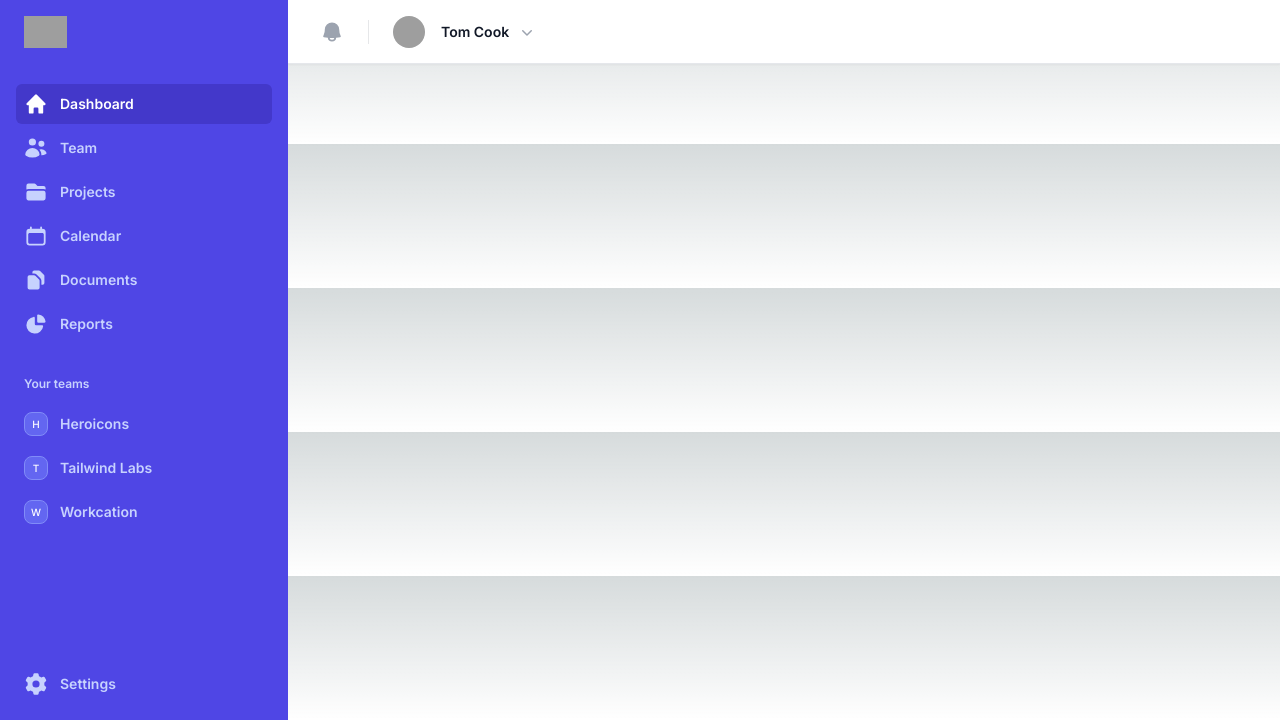
Repository: uh-sman/digital-x
Page: /
These files come from the project's save history. The page is drawn as it stood at one moment and after the next save; the edit follows.
The browser window is 1280 px wide. The pictures show the whole page.
Pictures or frames that could not be fetched are drawn as grey boxes. The project was rebuilt for these pictures with package versions that can differ from the ones it lists, and the page was loaded fresh each time. The framework's server and built-in components were replaced by stand-ins that run in the browser. Also part of the build but not shown: next.config.mjs.

Above is the page before, as saved 2024-04-02 09:49:26.

### app/(routes)/page.tsx
import Image from "next/image";
import SideBar from "./(components)/sidebar";

export default function Home() {
  return (
    <div>
      <SideBar />
    </div>
  );
}

### app/(routes)/(components)/sidebar.tsx
"use client"
import {  Fragment, useState } from "react";
import { Dialog, Menu, Transition } from '@headlessui/react'
import {
    Bars3Icon,
    BellIcon,
    CalendarIcon,
  ChartPieIcon,
  ChevronDownIcon,
  Cog6ToothIcon,
  DocumentDuplicateIcon,
  FolderIcon,
  HomeIcon,
  MagnifyingGlassIcon,
  UsersIcon,
  XMarkIcon,
} from "@heroicons/react/20/solid";
const navigation = [
  { name: "Dashboard", href: "#", icon: HomeIcon, current: true },
  { name: "Team", href: "#", icon: UsersIcon, current: false },
  { name: "Projects", href: "#", icon: FolderIcon, current: false },
  { name: "Calendar", href: "#", icon: CalendarIcon, current: false },
  {
    name: "Documents",
    href: "#",
    icon: DocumentDuplicateIcon,
    current: false,
  },
  { name: "Reports", href: "#", icon: ChartPieIcon, current: false },
];

const teams = [
    { id: 1, name: 'Heroicons', href: '#', initial: 'H', current: false },
    { id: 2, name: 'Tailwind Labs', href: '#', initial: 'T', current: false },
    { id: 3, name: 'Workcation', href: '#', initial: 'W', current: false },
  ]

  const userNavigation = [
    { name: 'Your profile', href: '#' },
    { name: 'Sign out', href: '#' },
  ]

  function classNames(...classes:any) {
    return classes.filter(Boolean).join(' ')
  }

const SideBar = () => {

    const [sidebarOpen, setSidebarOpen] = useState(false)


  return (
    <>
      {/*
        This example requires updating your template:

        ```
        <html class="h-full bg-white">
        <body class="h-full">
        ```
      */}
      <div>
        <Transition.Root show={sidebarOpen} as={Fragment}>
          <Dialog as="div" className="relative z-50 lg:hidden" onClose={setSidebarOpen}>
            <Transition.Child
              as={Fragment}
              enter="transition-opacity ease-linear duration-300"
              enterFrom="opacity-0"
              enterTo="opacity-100"
              leave="transition-opacity ease-linear duration-300"
              leaveFrom="opacity-100"
              leaveTo="opacity-0"
            >
              <div className="fixed inset-0 bg-gray-900/80" />
            </Transition.Child>

            <div className="fixed inset-0 flex">
              <Transition.Child
                as={Fragment}
                enter="transition ease-in-out duration-300 transform"
                enterFrom="-translate-x-full"
                enterTo="translate-x-0"
                leave="transition ease-in-out duration-300 transform"
                leaveFrom="translate-x-0"
                leaveTo="-translate-x-full"
              >
                <Dialog.Panel className="relative mr-16 flex w-full max-w-xs flex-1">
                  <Transition.Child
                    as={Fragment}
                    enter="ease-in-out duration-300"
                    enterFrom="opacity-0"
                    enterTo="opacity-100"
                    leave="ease-in-out duration-300"
                    leaveFrom="opacity-100"
                    leaveTo="opacity-0"
                  >
                    <div className="absolute left-full top-0 flex w-16 justify-center pt-5">
                      <button type="button" className="-m-2.5 p-2.5" onClick={() => setSidebarOpen(false)}>
                        <span className="sr-only">Close sidebar</span>
                        <XMarkIcon className="h-6 w-6 text-white" aria-hidden="true" />
                      </button>
                    </div>
                  </Transition.Child>
                  {/* Sidebar component, swap this element with another sidebar if you like */}
                  <div className="flex grow flex-col gap-y-5 overflow-y-auto bg-indigo-600 px-6 pb-4">
                    <div className="flex h-16 shrink-0 items-center">
                      <img
                        className="h-8 w-auto"
                        src="https://tailwindui.com/img/logos/mark.svg?color=white"
                        alt="Your Company"
                      />
                    </div>
                    {/* SIDE-NAV */}
                    <nav className="flex flex-1 flex-col">
                      <ul role="list" className="flex flex-1 flex-col gap-y-7">
                        <li>
                          <ul role="list" className="-mx-2 space-y-1">
                            {navigation.map((item) => (
                              <li key={item.name}>
                                <a
                                  href={item.href}
                                  className={classNames(
                                    item.current
                                      ? 'bg-indigo-700 text-white'
                                      : 'text-indigo-200 hover:text-white hover:bg-indigo-700',
                                    'group flex gap-x-3 rounded-md p-2 text-sm leading-6 font-semibold'
                                  )}
                                >
                                  <item.icon
                                    className={classNames(
                                      item.current ? 'text-white' : 'text-indigo-200 group-hover:text-white',
                                      'h-6 w-6 shrink-0'
                                    )}
                                    aria-hidden="true"
                                  />
                                  {item.name}
                                </a>
                              </li>
                            ))}
                          </ul>
                        </li>
                        <li>
                          <div className="text-xs font-semibold leading-6 text-indigo-200">Your teams</div>
                          <ul role="list" className="-mx-2 mt-2 space-y-1">
                            {teams.map((team) => (
                              <li key={team.name}>
                                <a
                                  href={team.href}
                                  className={classNames(
                                    team.current
                                      ? 'bg-indigo-700 text-white'
                                      : 'text-indigo-200 hover:text-white hover:bg-indigo-700',
                                    'group flex gap-x-3 rounded-md p-2 text-sm leading-6 font-semibold'
                                  )}
                                >
                                  <span className="flex h-6 w-6 shrink-0 items-center justify-center rounded-lg border border-indigo-400 bg-indigo-500 text-[0.625rem] font-medium text-white">
                                    {team.initial}
                                  </span>
                                  <span className="truncate">{team.name}</span>
                                </a>
                              </li>
                            ))}
                          </ul>
                        </li>
                        <li className="mt-auto">
                          <a
                            href="#"
                            className="group -mx-2 flex gap-x-3 rounded-md p-2 text-sm font-semibold leading-6 text-indigo-200 hover:bg-indigo-700 hover:text-white"
                          >
                            <Cog6ToothIcon
                              className="h-6 w-6 shrink-0 text-indigo-200 group-hover:text-white"
                              aria-hidden="true"
                            />
                            Settings
                          </a>
                        </li>
                      </ul>
                    </nav>
                  </div>
                </Dialog.Panel>
              </Transition.Child>
            </div>
          </Dialog>
        </Transition.Root>

        {/* Static sidebar for desktop */}
        <div className="hidden lg:fixed lg:inset-y-0 lg:z-50 lg:flex lg:w-72 lg:flex-col">
          {/* Sidebar component, swap this element with another sidebar if you like */}
          <div className="flex grow flex-col gap-y-5 overflow-y-auto bg-indigo-600 px-6 pb-4">
            <div className="flex h-16 shrink-0 items-center">
              <img
                className="h-8 w-auto"
                src="https://tailwindui.com/img/logos/mark.svg?color=white"
                alt="Your Company"
              />
            </div>
            <nav className="flex flex-1 flex-col">
              <ul role="list" className="flex flex-1 flex-col gap-y-7">
                <li>
                  <ul role="list" className="-mx-2 space-y-1">
                    {navigation.map((item) => (
                      <li key={item.name}>
                        <a
                          href={item.href}
                          className={classNames(
                            item.current
                              ? 'bg-indigo-700 text-white'
                              : 'text-indigo-200 hover:text-white hover:bg-indigo-700',
                            'group flex gap-x-3 rounded-md p-2 text-sm leading-6 font-semibold'
                          )}
                        >
                          <item.icon
                            className={classNames(
                              item.current ? 'text-white' : 'text-indigo-200 group-hover:text-white',
                              'h-6 w-6 shrink-0'
                            )}
                            aria-hidden="true"
                          />
                          {item.name}
                        </a>
                      </li>
                    ))}
                  </ul>
                </li>
                <li>
                  <div className="text-xs font-semibold leading-6 text-indigo-200">Your teams</div>
                  <ul role="list" className="-mx-2 mt-2 space-y-1">
                    {teams.map((team) => (
                      <li key={team.name}>
                        <a
                          href={team.href}
                          className={classNames(
                            team.current
                              ? 'bg-indigo-700 text-white'
                              : 'text-indigo-200 hover:text-white hover:bg-indigo-700',
                            'group flex gap-x-3 rounded-md p-2 text-sm leading-6 font-semibold'
                          )}
                        >
                          <span className="flex h-6 w-6 shrink-0 items-center justify-center rounded-lg border border-indigo-400 bg-indigo-500 text-[0.625rem] font-medium text-white">
                            {team.initial}
                          </span>
                          <span className="truncate">{team.name}</span>
                        </a>
                      </li>
                    ))}
                  </ul>
                </li>
                <li className="mt-auto">
                  <a
                    href="#"
                    className="group -mx-2 flex gap-x-3 rounded-md p-2 text-sm font-semibold leading-6 text-indigo-200 hover:bg-indigo-700 hover:text-white"
                  >
                    <Cog6ToothIcon
                      className="h-6 w-6 shrink-0 text-indigo-200 group-hover:text-white"
                      aria-hidden="true"
                    />
                    Settings
                  </a>
                </li>
              </ul>
            </nav>
          </div>
        </div>

        <div className="lg:pl-72">
          <div className="sticky top-0 z-40 flex h-16 shrink-0 items-center gap-x-4 border-b border-gray-200 bg-white px-4 shadow-sm sm:gap-x-6 sm:px-6 lg:px-8">
            <button type="button" className="-m-2.5 p-2.5 text-gray-700 lg:hidden" onClick={() => setSidebarOpen(true)}>
              <span className="sr-only">Open sidebar</span>
              <Bars3Icon className="h-6 w-6" aria-hidden="true" />
            </button>

            {/* Separator */}
            <div className="h-6 w-px bg-gray-900/10 lg:hidden" aria-hidden="true" />

            <div className="flex flex-1 gap-x-4 self-stretch lg:gap-x-6">
              {/* <form className="relative flex flex-1" action="#" method="GET">
                <label htmlFor="search-field" className="sr-only">
                  Search
                </label>
                <MagnifyingGlassIcon
                  className="pointer-events-none absolute inset-y-0 left-0 h-full w-5 text-gray-400"
                  aria-hidden="true"
                />
                <input
                  id="search-field"
                  className="block h-full w-full border-0 py-0 pl-8 pr-0 text-gray-900 placeholder:text-gray-400 focus:ring-0 sm:text-sm"
                  placeholder="Search..."
                  type="search"
                  name="search"
                />
              </form> */}
              <div className="flex items-center gap-x-4 lg:gap-x-6">
                <button type="button" className="-m-2.5 p-2.5 text-gray-400 hover:text-gray-500">
                  <span className="sr-only">View notifications</span>
                  <BellIcon className="h-6 w-6" aria-hidden="true" />
                </button>

                {/* Separator */}
                <div className="hidden lg:block lg:h-6 lg:w-px lg:bg-gray-900/10" aria-hidden="true" />

                {/* Profile dropdown */}
                <Menu as="div" className="relative">
                  <Menu.Button className="-m-1.5 flex items-center p-1.5">
                    <span className="sr-only">Open user menu</span>
                    <img
                      className="h-8 w-8 rounded-full bg-gray-50"
                      src="https://images.unsplash.com/photo-1472099645785-5658abf4ff4e?ixlib=rb-1.2.1&ixid=eyJhcHBfaWQiOjEyMDd9&auto=format&fit=facearea&facepad=2&w=256&h=256&q=80"
                      alt=""
                    />
                    <span className="hidden lg:flex lg:items-center">
                      <span className="ml-4 text-sm font-semibold leading-6 text-gray-900" aria-hidden="true">
                        Tom Cook
                      </span>
                      <ChevronDownIcon className="ml-2 h-5 w-5 text-gray-400" aria-hidden="true" />
                    </span>
                  </Menu.Button>
                  <Transition
                    as={Fragment}
                    enter="transition ease-out duration-100"
                    enterFrom="transform opacity-0 scale-95"
                    enterTo="transform opacity-100 scale-100"
                    leave="transition ease-in duration-75"
                    leaveFrom="transform opacity-100 scale-100"
                    leaveTo="transform opacity-0 scale-95"
                  >
                    <Menu.Items className="absolute right-0 z-10 mt-2.5 w-32 origin-top-right rounded-md bg-white py-2 shadow-lg ring-1 ring-gray-900/5 focus:outline-none">
                      {userNavigation.map((item) => (
                        <Menu.Item key={item.name}>
                          {({ active }) => (
                            <a
                              href={item.href}
                              className={classNames(
                                active ? 'bg-gray-50' : '',
                                'block px-3 py-1 text-sm leading-6 text-gray-900'
                              )}
                            >
                              {item.name}
                            </a>
                          )}
                        </Menu.Item>
                      ))}
                    </Menu.Items>
                  </Transition>
                </Menu>
              </div>
            </div>
          </div>

          <main className="py-10">
            <div className="px-4 sm:px-6 lg:px-8">{/* Your content */}</div>
          </main>
        </div>
      </div>
    </>
  )
}

export default SideBar

### tailwind.config.ts
import type { Config } from "tailwindcss";

const config: Config = {
  content: [
    "./pages/**/*.{js,ts,jsx,tsx,mdx}",
    "./components/**/*.{js,ts,jsx,tsx,mdx}",
    "./app/**/*.{js,ts,jsx,tsx,mdx}",
  ],
  theme: {
    extend: {
      backgroundImage: {
        "gradient-radial": "radial-gradient(var(--tw-gradient-stops))",
        "gradient-conic":
          "conic-gradient(from 180deg at 50% 50%, var(--tw-gradient-stops))",
      },
    },
  },
  plugins: [
    require("@tailwindcss/forms"),
  ],
};
export default config;

Loaded but not shown: app/layout.tsx (common file); app/globals.css (common file)

After the next save:
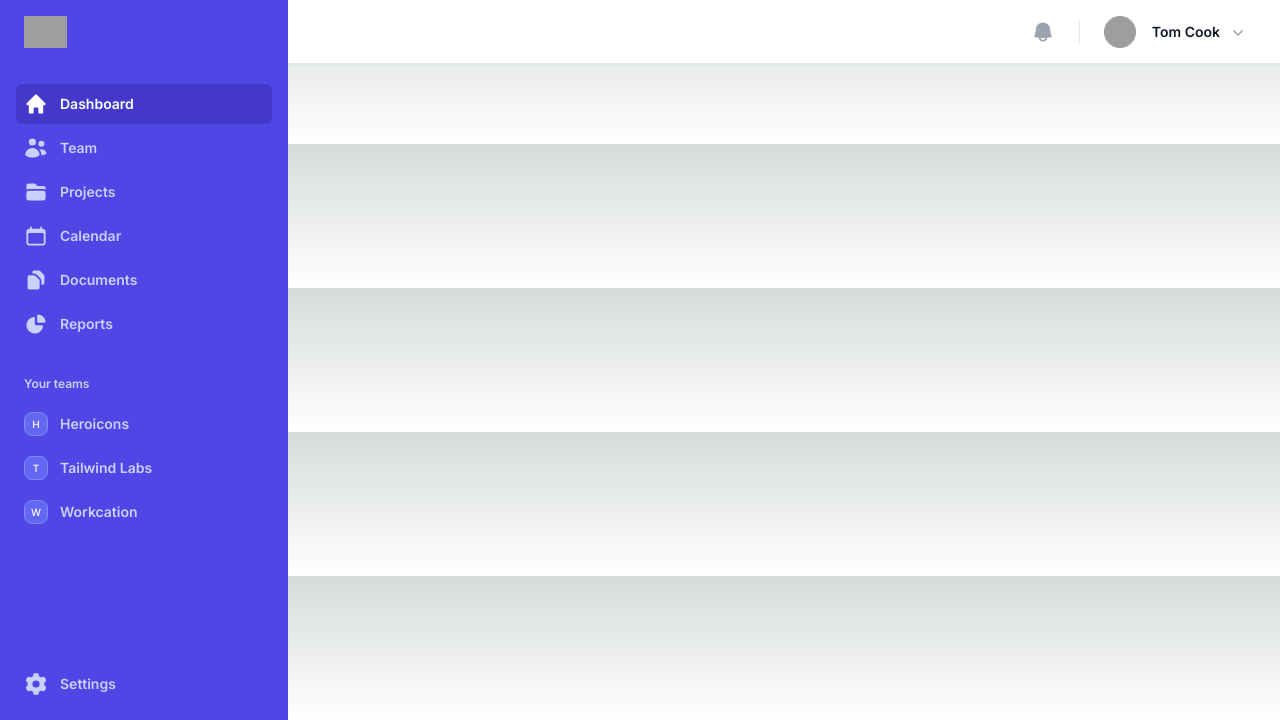
Saved 17 s later.
--- a/app/(routes)/(components)/sidebar.tsx
+++ b/app/(routes)/(components)/sidebar.tsx
@@ -272,7 +272,7 @@ const SideBar = () => {
             {/* Separator */}
             <div className="h-6 w-px bg-gray-900/10 lg:hidden" aria-hidden="true" />
 
-            <div className="flex flex-1 gap-x-4 self-stretch lg:gap-x-6">
+            <div className="flex flex-1 gap-x-4 justify-end self-stretch lg:gap-x-6">
               {/* <form className="relative flex flex-1" action="#" method="GET">
                 <label htmlFor="search-field" className="sr-only">
                   Search
